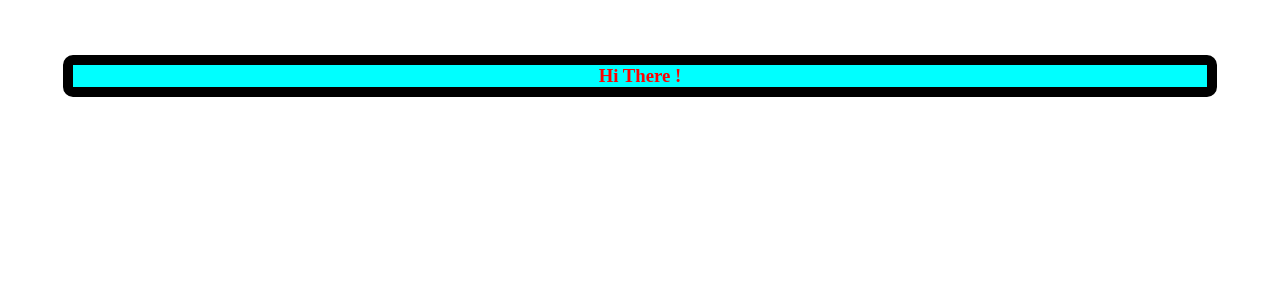
Repository: VISHALGUPTA100803/Harkirat_MERN
Page: zerodha_landing_page week0(html+css)/index2.html
An editor plug-in stored every save of this project. The page is shown before and after a run of saves, followed by the edit.
The browser window is 1280 px wide. The pictures show the whole page.

Above is the page before, as saved 2023-12-16 13:50:51.

After the next 4 saves:
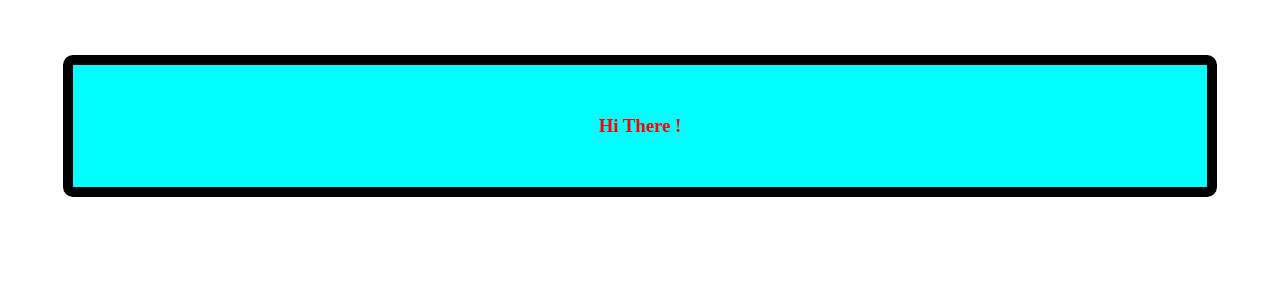
The 4 saves are shown as one change because they came seconds apart.
The last was saved 15 s later.
--- a/zerodha_landing_page week0(html+css)/index2.html
+++ b/zerodha_landing_page week0(html+css)/index2.html
@@ -1,6 +1,6 @@
 <center>
     <h3 style="color: red; background-color: aqua; border-radius: 10px;
-    border: 10px solid black;margin: 55px;
+    border: 10px solid black;margin: 55px; padding: 50px
     ;">
    Hi There !
     </h3>
